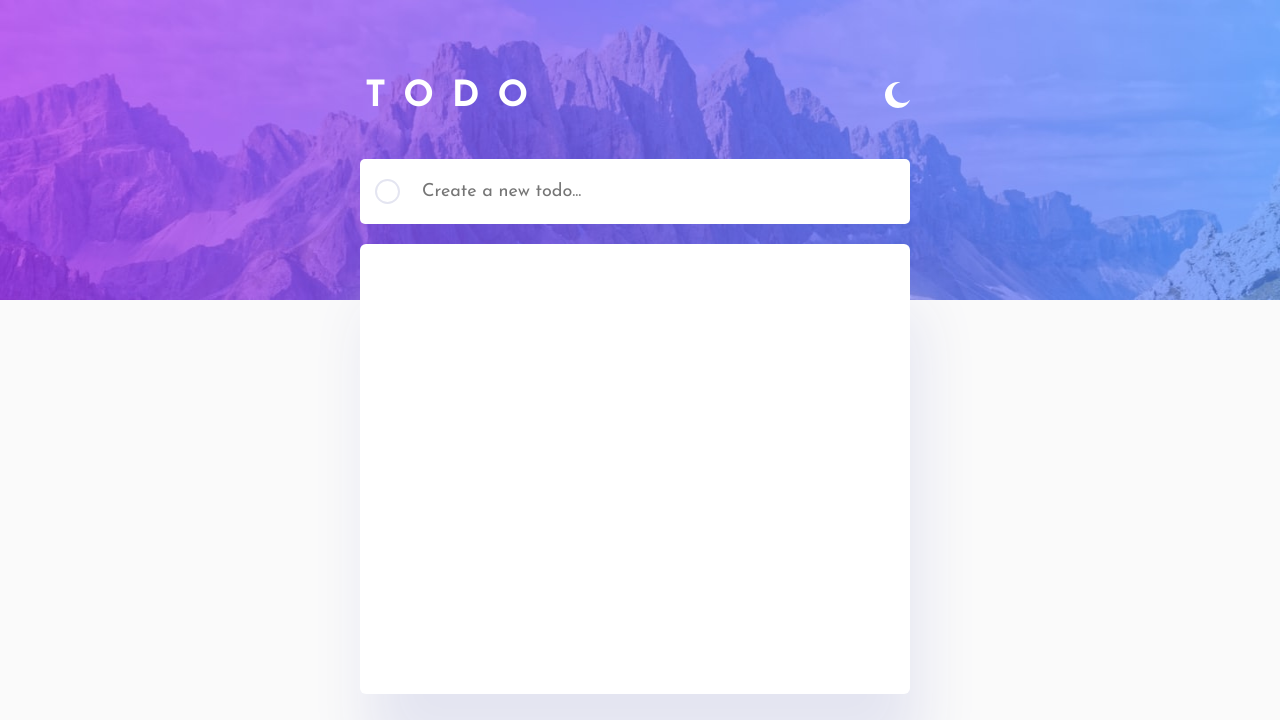
Repository: Haviles04/todoapp
Page: /
These files come from the project's save history. The page is drawn as it stood at one moment and after the next save; the edit follows.
The browser window is 1280 px wide. The pictures show the whole page.
The project was rebuilt for these pictures with package versions that can differ from the ones it lists, and the page was loaded fresh each time.

Above is the page before, as saved 2022-10-18 19:11:04.

After the next save:
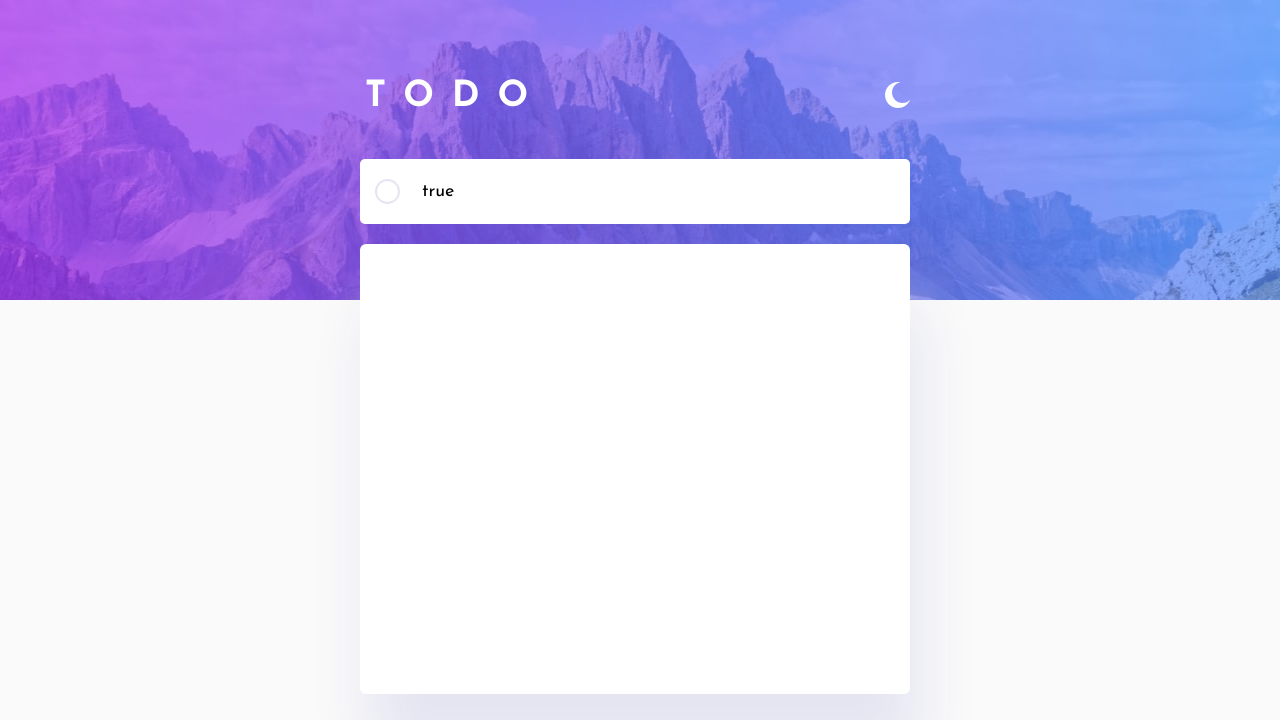
Saved 33 s later.
--- a/src/components/taskInput/TaskInput.jsx
+++ b/src/components/taskInput/TaskInput.jsx
@@ -8,7 +8,7 @@
     <div className='inputContainer'>
         <form>
             <button id='taskBtn' className='taskBtn' type="submit" onSubmit={props.handleClick} ></button>
-            <input id='taskInput' className='taskInput' type="text" placeholder='Create a new todo...' onChange={props.onChange} value=""></input>
+            <input id='taskInput' className='taskInput' type="text" placeholder='Create a new todo...' onChange={props.onChange} value></input>
         </form>
     </div>
   )

After the save that followed:
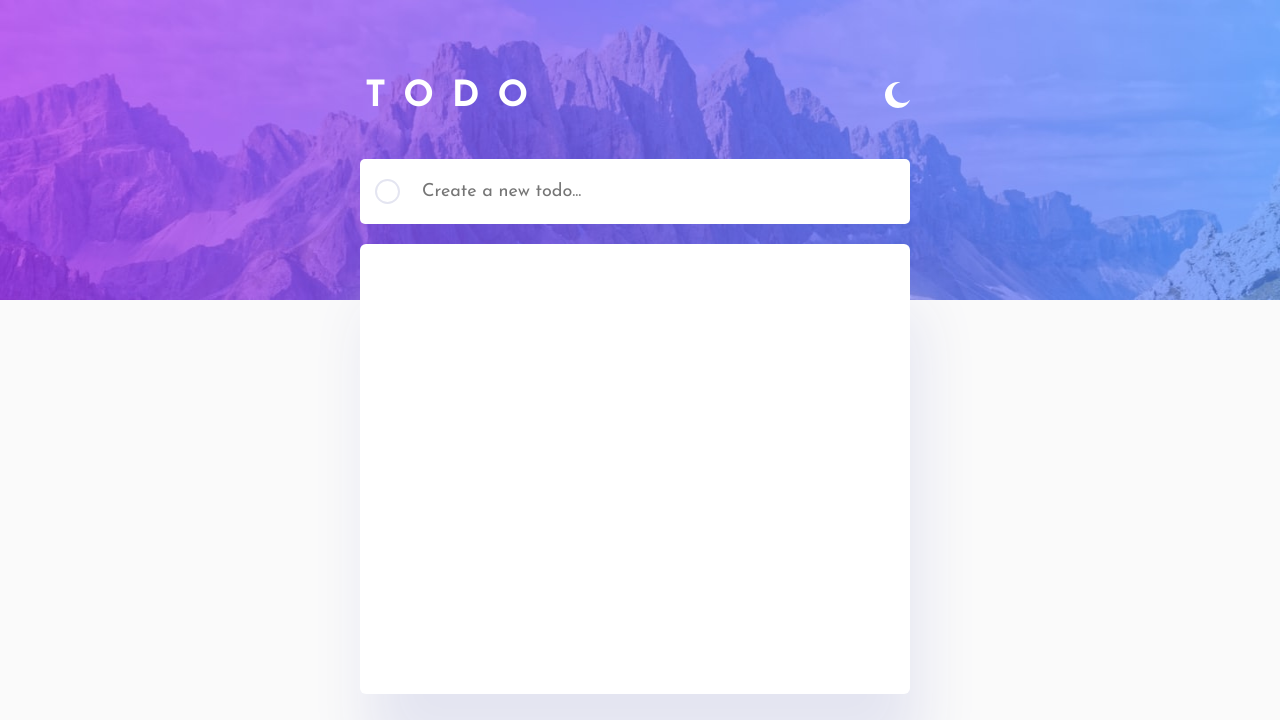
Saved 9 s later.
--- a/src/components/taskInput/TaskInput.jsx
+++ b/src/components/taskInput/TaskInput.jsx
@@ -8,7 +8,7 @@
     <div className='inputContainer'>
         <form>
             <button id='taskBtn' className='taskBtn' type="submit" onSubmit={props.handleClick} ></button>
-            <input id='taskInput' className='taskInput' type="text" placeholder='Create a new todo...' onChange={props.onChange} value></input>
+            <input id='taskInput' className='taskInput' type="text" placeholder='Create a new todo...' onChange={props.onChange} value=""></input>
         </form>
     </div>
   )
